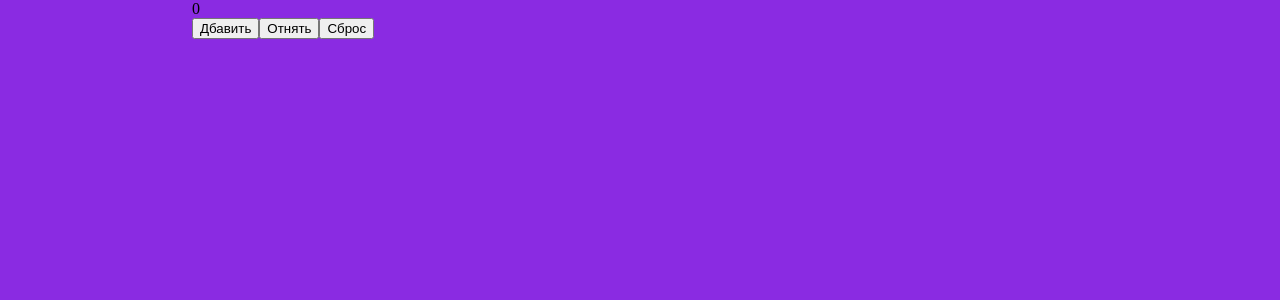
Repository: Denzoll/redux-toolkit-counter
Page: /
An editor plug-in stored every save of this project. The page is shown before and after the next save, followed by the edit.
The browser window is 1280 px wide. The pictures show the whole page.
The project was rebuilt for these pictures with package versions that can differ from the ones it lists, and the page was loaded fresh each time. Also part of the build but not shown: src/index.css.

Above is the page before, as saved 2022-06-27 13:27:14.

After the next save:
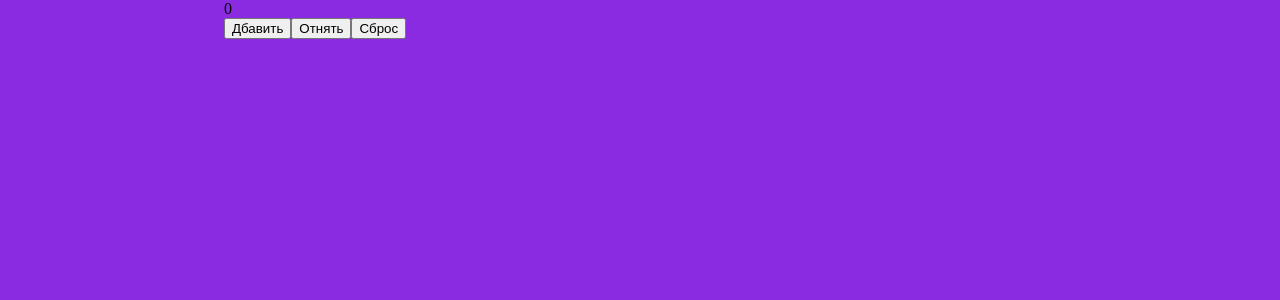
Saved 4 s later.
--- a/src/App.css
+++ b/src/App.css
@@ -1,7 +1,7 @@
 body {
   background-color: blueviolet;
   margin:0 auto;
-  width: 70%;
+  width: 65%;
 }
 .cont {
 
